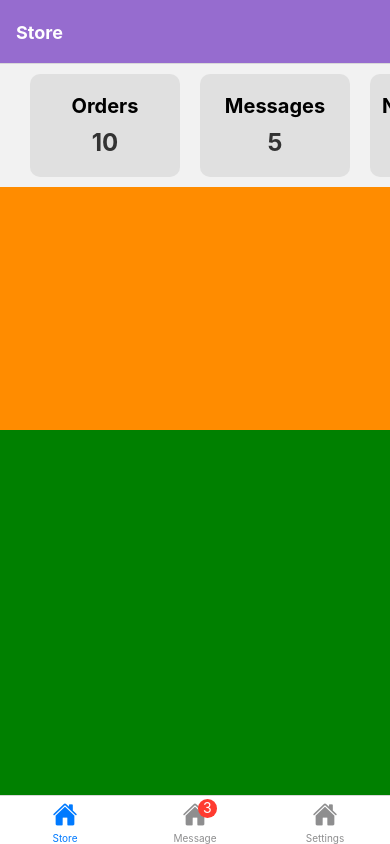
Repository: Waikato153/AwesomeProject
Screen: /
An editor plug-in stored every save of this project. The screen is shown before and after the next save, followed by the edit.
The app was drawn by React Native's web renderer in a window 390 px wide. The project was rebuilt for these pictures with package versions that can differ from the ones it lists, and the page was loaded fresh each time.

Above is the screen before, as saved 2024-02-29 11:52:17.

### App.js
import * as React from 'react';
import { Text, View, StyleSheet} from 'react-native';
import { NavigationContainer } from '@react-navigation/native';
import { createBottomTabNavigator } from '@react-navigation/bottom-tabs';
import { Ionicons } from '@expo/vector-icons';

import HomeScreen from './screens/HomeScreen';

function SettingsScreen() {
  return (
    <View style={{ flex: 1, justifyContent: 'center', alignItems: 'center' }}>
      <Text>Settings!</Text>
    </View>
  );
}


const styles = StyleSheet.create({
  container: {
    flex: 1,
    justifyContent: 'center',
    backgroundColor: 'white',
    alignItems: 'center',
    padding: 8,
  },
  paragraph: {
    margin: 24,
    fontSize: 18,
    fontWeight: 'bold',
    textAlign: 'center',
  },
});

const Tab = createBottomTabNavigator();

function MyTabs() {
  return (

    <Tab.Navigator
      screenOptions={{
        tabBarIcon: ({ color, size }) => (
          <Ionicons name="home" color={color} size={size} />
        ),
        headerStyle: {
          backgroundColor: '#966ccf',
        },
        headerTintColor: '#fff',
        headerTitleStyle: {
          fontWeight: 'bold',
        },
      }}
    >
      <Tab.Screen
        name="Store"
        component={HomeScreen}

      />
      <Tab.Screen
        name="Message"
        component={SettingsScreen}
        options={{
          tabBarBadge: 3
        }}
      />
      <Tab.Screen
        name="Settings"
        component={SettingsScreen}
      />
    </Tab.Navigator>
  );
}

export default function App() {
  return (
    <NavigationContainer>
      <MyTabs />
    </NavigationContainer>
  );
}

### screens/HomeScreen.js
import React from 'react';
import { View, Text, StyleSheet, FlatList } from 'react-native';

const data = [
  { title: 'Orders', count: 10 },
  { title: 'Messages', count: 5 },
  { title: 'Notifications', count: 8 },
  // Add more data as needed
];

const renderItem = ({ item }) => (
  <View style={styles.block}>
    <Text style={styles.title}>{item.title}</Text>
    <Text style={styles.count}>{item.count}</Text>
  </View>
);

const HomeScreen = () => {
  return (
    <View style={styles.container}>
      <View >
        <FlatList
          horizontal
          data={data}
          renderItem={renderItem}
          keyExtractor={(item, index) => index.toString()}
          showsHorizontalScrollIndicator={false}
          contentContainerStyle={styles.flatListContent}
        />
      </View>
      <View style={{flex: 2, backgroundColor: 'darkorange'}} />
      <View style={{flex: 3, backgroundColor: 'green'}} />
    </View>
  );
};

const styles = StyleSheet.create({
  container: {
    flex: 1,
  },
  flatListContent: {
    paddingLeft: 20,
    paddingRight: 20,
  },
  block: {
    width: 150, // 设置方块宽度
    justifyContent: 'center',
    alignItems: 'center',
    backgroundColor: '#e0e0e0',
    borderRadius: 10,
    padding: 20,
    margin: 10,
  },
  title: {
    fontSize: 20,
    fontWeight: 'bold',
    marginBottom: 10,
  },
  count: {
    fontSize: 24,
    fontWeight: 'bold',
    color: '#333333',
  },
});

export default HomeScreen;

After the next save:
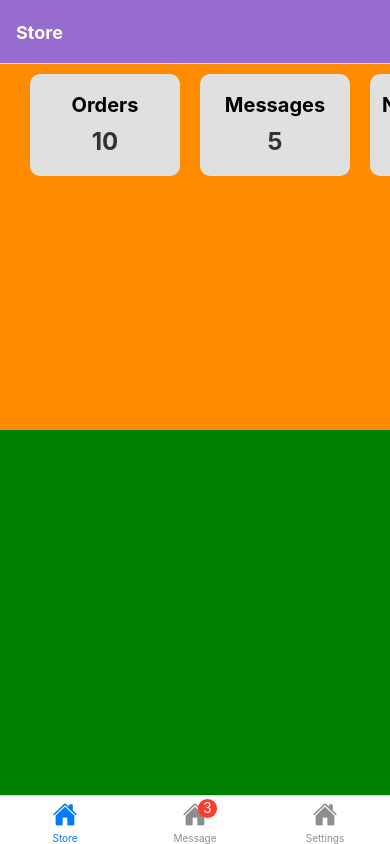
Saved 16 s later.
--- a/screens/HomeScreen.js
+++ b/screens/HomeScreen.js
@@ -18,7 +18,7 @@ const renderItem = ({ item }) => (
 const HomeScreen = () => {
   return (
     <View style={styles.container}>
-      <View >
+      <View style={{flex: 1, backgroundColor: 'darkorange'}}>
         <FlatList
           horizontal
           data={data}
